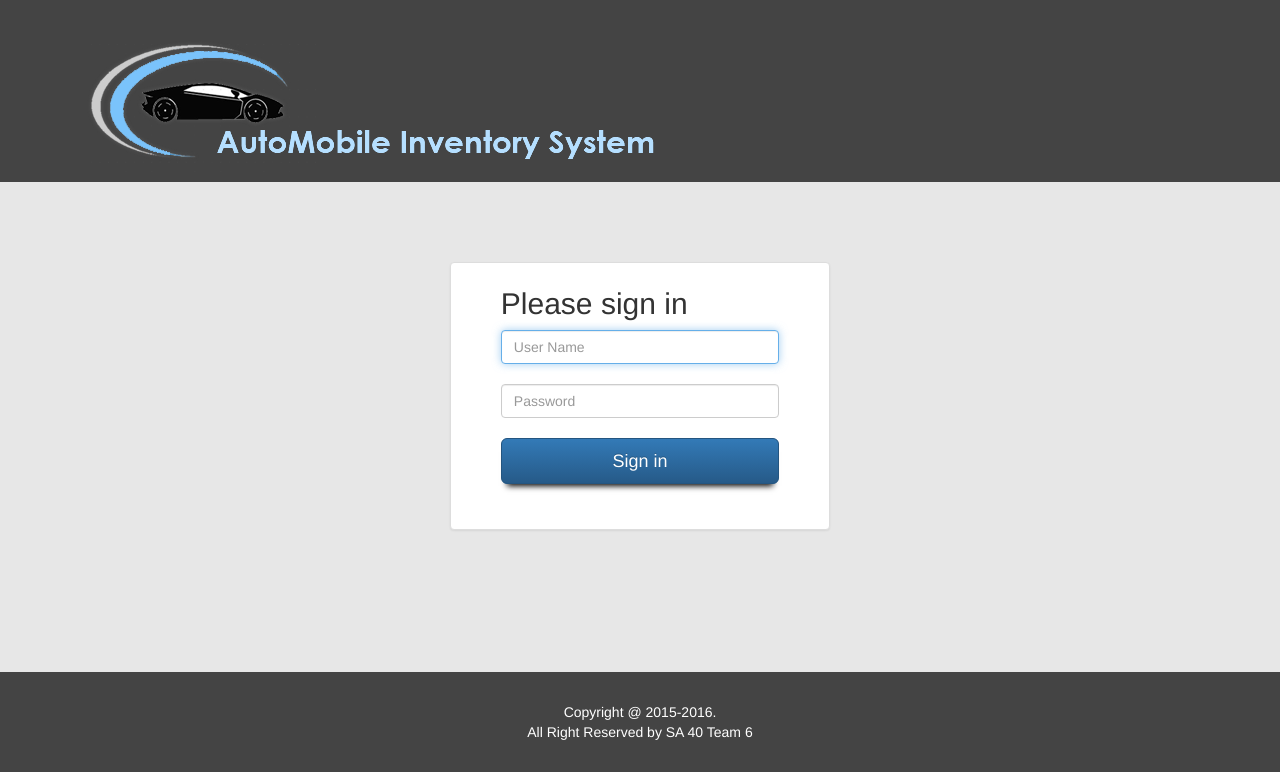
Repository: JiorMajor/InventorySystemWorkspace
Page: http://localhost/InventoryWebSA40Team6/ShowLogin
An editor plug-in stored every save of this project. The page is shown before and after the next save, followed by the edit.
The browser window is 1280 px wide. The pictures show the whole page.
The page is served by Tomcat 9.

Above is the page before, as saved 2015-06-12 18:09:18.

After the next save:
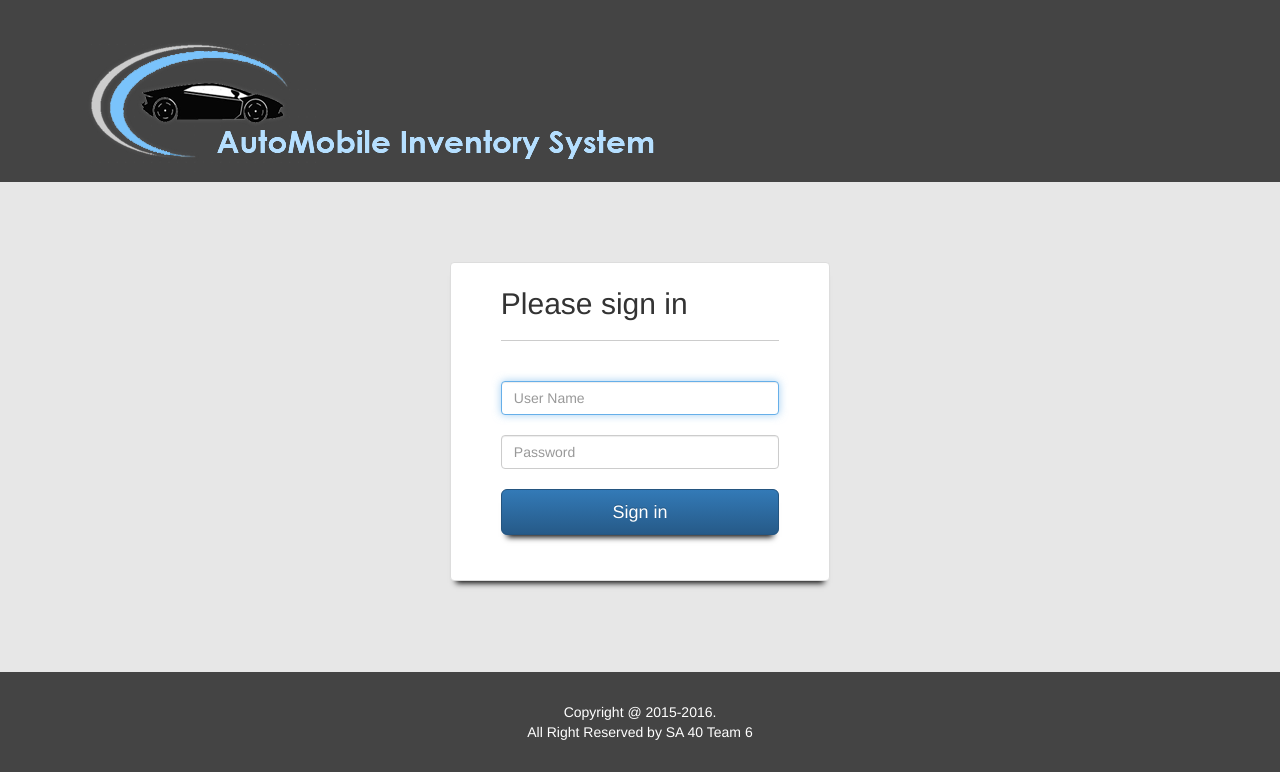
Saved 20 s later.
--- a/InventoryWebSA40Team6/WebContent/index.jsp
+++ b/InventoryWebSA40Team6/WebContent/index.jsp
@@ -15,7 +15,6 @@
 <link href="bootstrap/css/style.css" type="text/css" rel="stylesheet" />
 <script type="text/javascript" src="bootstrap/js/jquery-1.11.3.min.js"></script>
 <script type="text/javascript" src="bootstrap/js/bootstrap.min.js"></script>
-<script type="text/javascript" src="bootstrap/js/modal.js"></script>
 </head>
 <body>
 	<div class="header">
@@ -38,18 +37,20 @@
 	  <div class="container">
 	  <div class="col-md-4 col-sm-4 col-xs-4"></div>
 	  <div class="col-md-4 col-sm-4 col-xs-4 thumbnail"
-	  style=-webkit-box-shadow: -15px 13px 20px 3px rgba(0,0,0,0.91);
-			-moz-box-shadow: -15px 13px 20px 3px rgba(0,0,0,0.91);
-			 box-shadow: -15px 13px 20px 3px rgba(0,0,0,0.91);>
+	  style="-webkit-box-shadow: 0 8px 6px -6px black;
+			 -moz-box-shadow: 0 8px 6px -6px black;
+			  box-shadow: 0 8px 6px -6px black;">
 	  <div class="col-md-1"></div>
 	  <div class="col-md-10">
       <form class="form-signin" action="/InventoryWebSA40Team6/ValidateLogin" method=post>
         <h2 class="form-signin-heading">Please sign in</h2>
+        <hr>
+        <br>
 		<c:if test="${flag==\"false\"}">
 			<h4 style="color:red">Invalid Login! Please try again.</h4>
 		</c:if>
         <label for="inputEmail" class="sr-only">Email address</label>
-        <input type="text" id="inputEmail" class="form-control" placeholder="User Name" name="name" required autofocus>
+        <input type="text" id="inputEmail" class="form-control" placeholder="User Name" name="name" required autofocus >
         <br>
         <label for="inputPassword" class="sr-only">Password</label>
         <input type="password" id="inputPassword" class="form-control" placeholder="Password" name="password" required>
